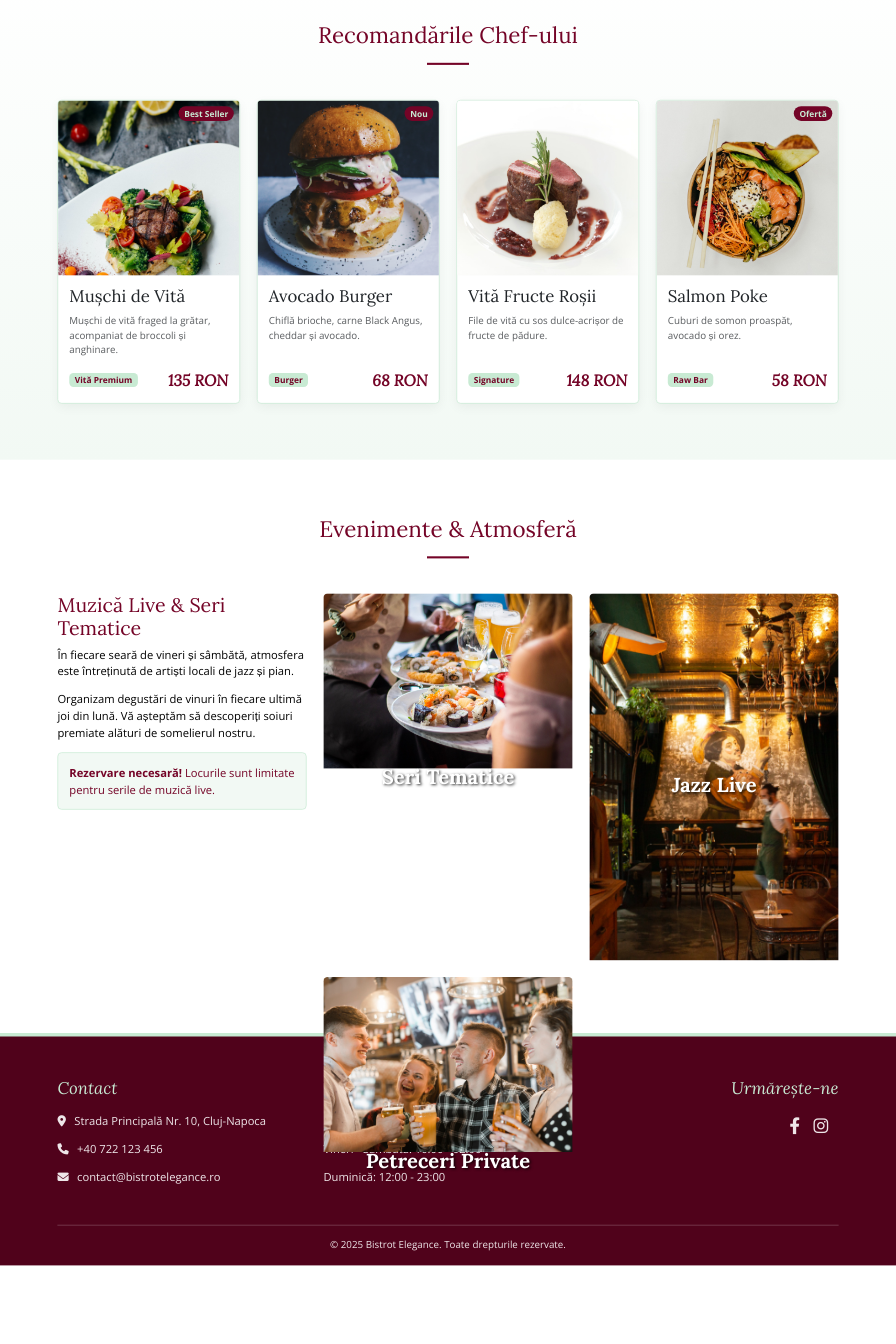
Repository: 912-Comsa-Teodora/bistrot-restaurant
Page: restaurant/index.html
An editor plug-in stored every save of this project. The page is shown before and after the next save, followed by the edit.
The browser window is 1280 px wide. The pictures show the part of the page from y = 1264 to 3184 px (the page is 3184 px tall before and 3072 px after), at 70% of full size.
A picture or video elsewhere on the page could not be fetched, so the positions and the page height are approximate.

Above is the page before, as saved 2026-01-18 16:36:14.

After the next save:
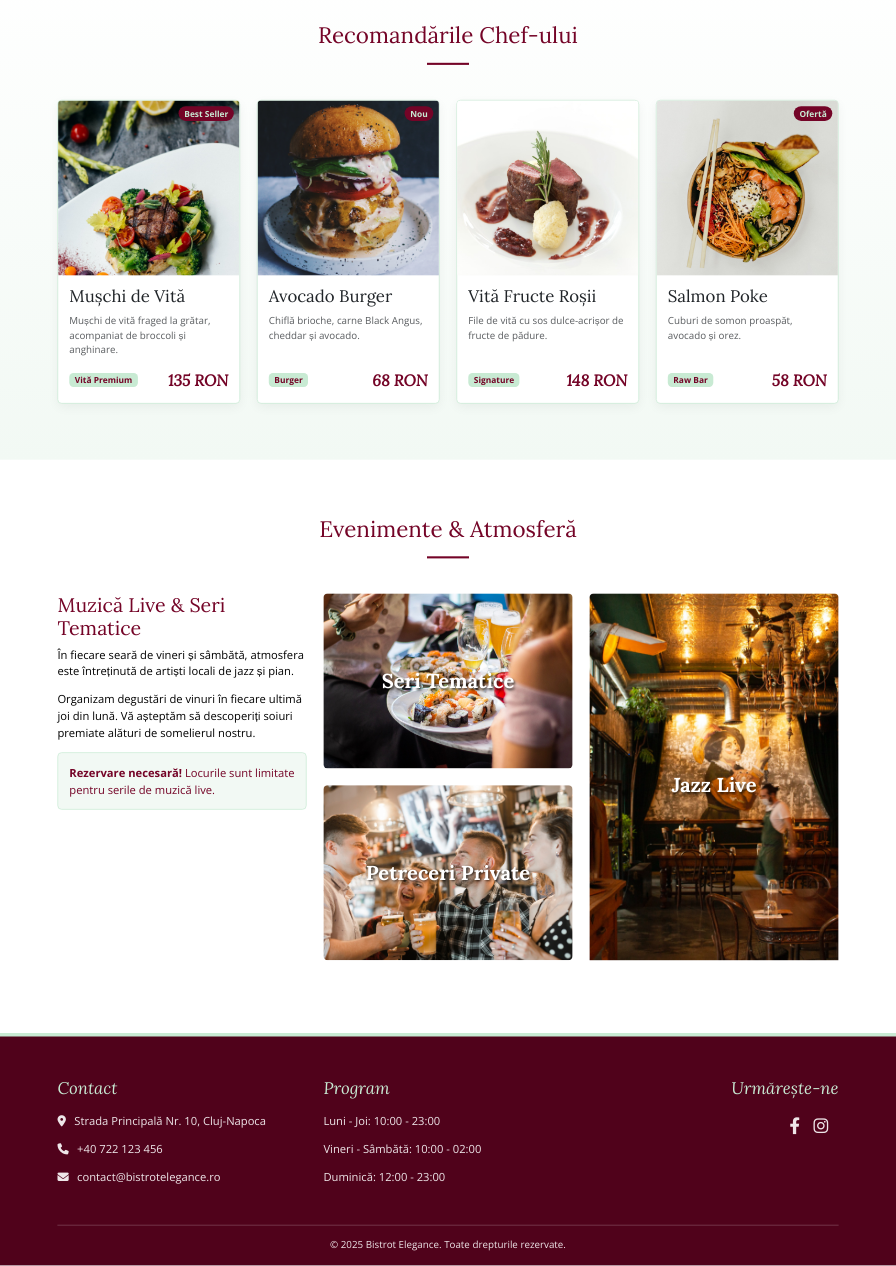
Saved 27 s later.
--- a/restaurant/index.html
+++ b/restaurant/index.html
@@ -8,12 +8,9 @@
 
     <title>Bistrot Elegance - Restaurant & Bar</title>
 
-    <!-- Bootstrap 5 CSS -->
     <link href="https://cdn.jsdelivr.net/npm/bootstrap@5.3.0/dist/css/bootstrap.min.css" rel="stylesheet">
-    <!-- Font Awesome -->
     <link rel="stylesheet" href="https://cdnjs.cloudflare.com/ajax/libs/font-awesome/6.4.0/css/all.min.css">
 
-    <!-- Google Fonts: Lora & Open Sans -->
     <link href="https://fonts.googleapis.com/css2?family=Lora:ital,wght@0,400;0,700;1,400&family=Open+Sans:wght@300;400;700&display=swap" rel="stylesheet">
 
     <style>
@@ -27,6 +24,7 @@
         }
 
         body {
+            /* CHANGE 1: Applied Open Sans */
             font-family: 'Open Sans', sans-serif;
             color: var(--text-dark);
             padding-top: 65px;
@@ -34,11 +32,11 @@
         }
 
         h1, h2, h3, h4, h5 {
+            /* CHANGE 1: Applied Lora */
             font-family: 'Lora', serif;
             color: var(--primary-color);
         }
 
-        /* --- Navigation --- */
         .navbar {
             background-color: #fff;
             box-shadow: 0 2px 10px rgba(0,0,0,0.1);
@@ -60,7 +58,7 @@
             color: var(--primary-color);
         }
 
-        /* --- Hero Carousel --- */
+
         #heroCarousel .carousel-item img {
             height: calc(100vh - 65px);
             object-fit: cover;
@@ -89,7 +87,7 @@
             text-shadow: 2px 2px 4px rgba(0,0,0,0.6);
         }
 
-        /* --- Sections General --- */
+
         section {
             padding: 80px 0;
         }
@@ -113,7 +111,6 @@
             background: linear-gradient(180deg, var(--white) 0%, var(--mint-light) 100%);
         }
 
-        /* --- Cards --- */
         .card {
             border: 1px solid var(--mint-color);
             background-color: #fff;
@@ -135,12 +132,14 @@
         }
 
         .price-tag {
+            /* CHANGE 1 & 2: Font Lora + Italic */
             font-family: 'Lora', serif;
             font-size: 1.4rem;
             font-weight: 700;
             color: var(--primary-color);
-            font-style: italic;
-        }
+            font-style: italic; /* Added Italic */
+        }
+
 
         .badge-custom-primary {
             background-color: var(--primary-color) !important;
@@ -153,14 +152,15 @@
             font-weight: 700;
         }
 
-        /* --- Events Styling --- */
+        /* EVENTS STYLING */
+        /* CHANGE 3: Wrapper for images to hold the text */
         .event-wrapper {
             position: relative;
             overflow: hidden;
-            border-radius: 0.375rem;
-            height: 100%; /* Ensure wrapper takes full height of parent column */
-        }
-
+            border-radius: 0.375rem; /* Matches Bootstrap 'rounded' */
+        }
+
+        /* CHANGE 3: Text Overlay Style */
         .event-text-overlay {
             position: absolute;
             top: 50%;
@@ -174,15 +174,13 @@
             width: 100%;
             text-align: center;
             z-index: 2;
-            pointer-events: none;
-        }
-
+            pointer-events: none; /* Allows clicking through text if needed */
+        }
+
+        /* Optional: Darken image slightly to make text pop */
         .event-wrapper img {
             transition: transform 0.3s ease;
-            width: 100%;
-            display: block; /* Removes bottom space */
-        }
-
+        }
         .event-wrapper:hover img {
             transform: scale(1.05);
         }
@@ -190,15 +188,17 @@
         @media (min-width: 992px) {
             .event-img-small {
                 height: 250px;
+                width: 100%;
                 object-fit: cover;
             }
             .event-img-large {
                 height: calc(500px + 1.5rem);
+                width: 100%;
                 object-fit: cover;
             }
         }
 
-        /* --- Footer --- */
+
         footer {
             background-color: var(--primary-dark);
             color: #fff;
@@ -209,6 +209,7 @@
         footer h4 {
             color: var(--mint-color);
             margin-bottom: 20px;
+            /* CHANGE 2: Footer Titles Italic */
             font-style: italic;
         }
 
@@ -251,6 +252,7 @@
                             <a class="nav-link" href="#home">Acasă</a>
                         </li>
                         <li class="nav-item">
+                            <!-- LINK MODIFIED HERE TO OPEN PDF -->
                             <a class="nav-link" href="menu.pdf" target="_blank">Meniu</a>
                         </li>
                         <li class="nav-item">
